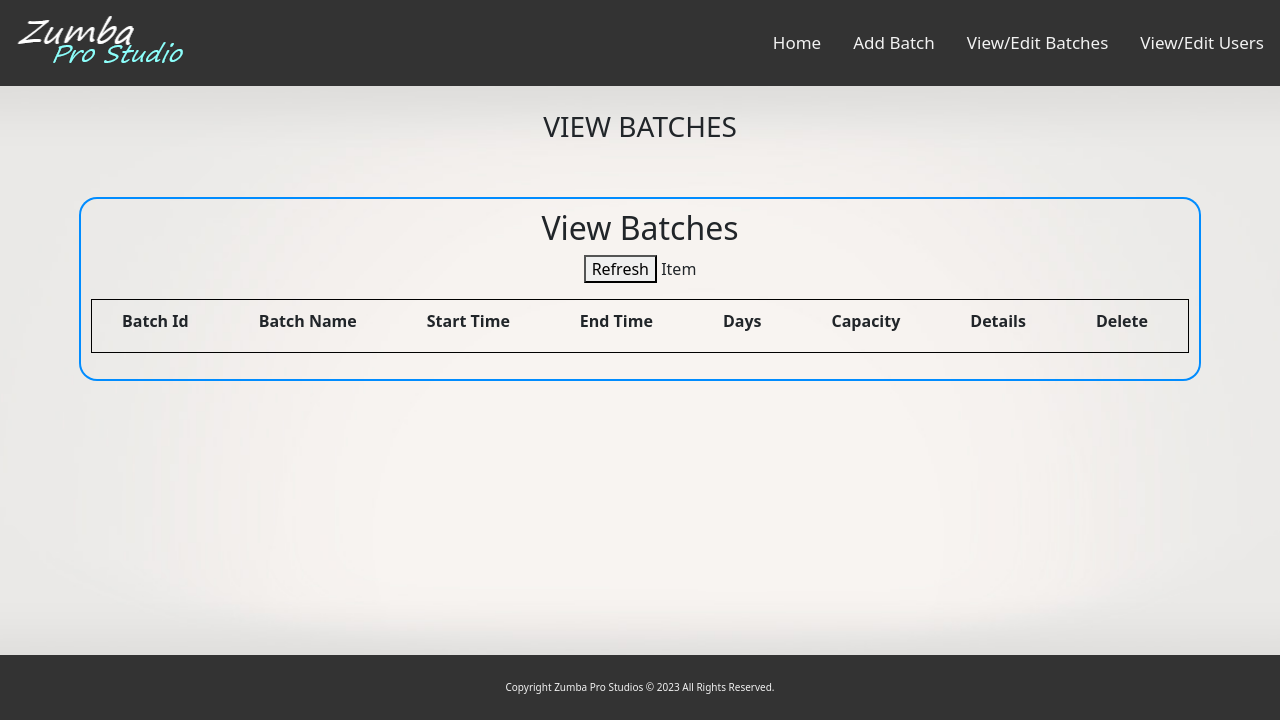
Repository: basemsamuel/Zumba
Page: http://localhost/ZumbaProStudio/admin.jsp
These files come from the project's save history. The page is drawn as it stood at one moment and after the next save; the edit follows.
The browser window is 1280 px wide. The pictures show the whole page.
The page is served by Tomcat 10.

Above is the page before, as saved 2023-07-31 15:06:25.

After the next save:
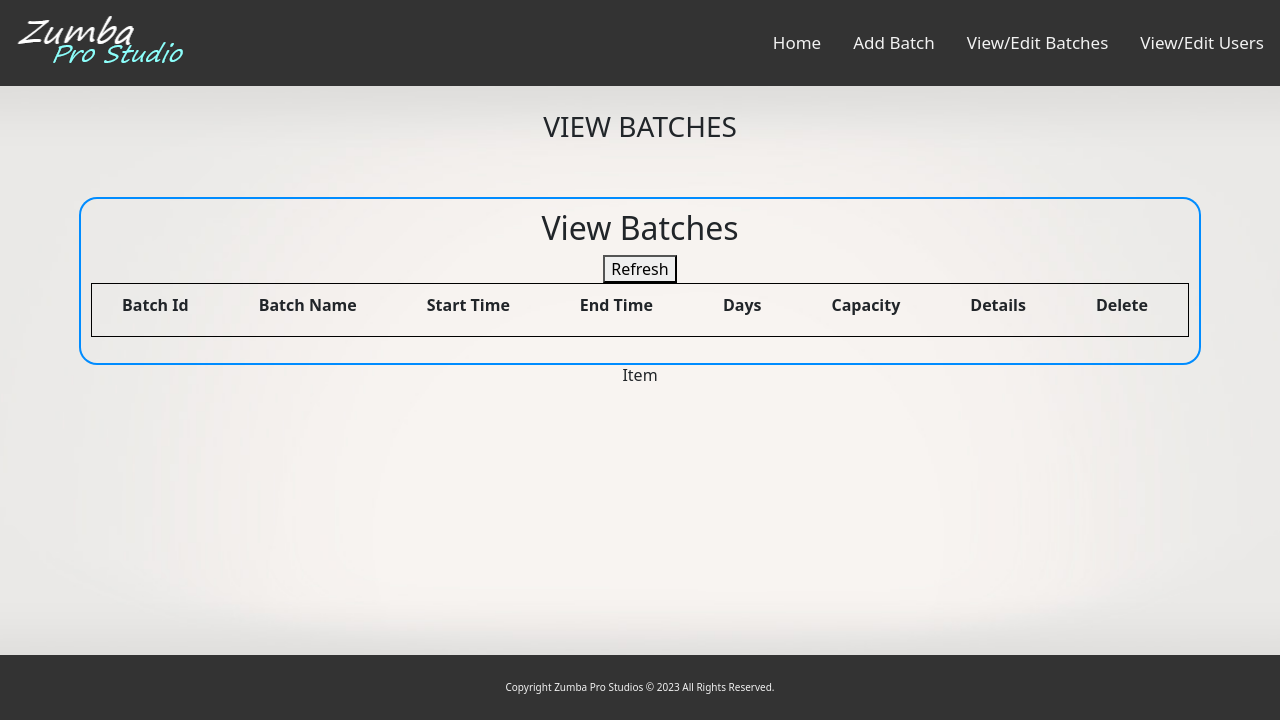
Saved 41 s later.
--- a/ZumbaProStudio/src/main/webapp/admin.jsp
+++ b/ZumbaProStudio/src/main/webapp/admin.jsp
@@ -25,9 +25,6 @@
 							    	<th>Details</th>
 							    	<th>Delete</th>
 						    	</tr>
-								<c:forEach var = "i" begin = "1" end = "5">
-						        	Item <c:out value = "${i}"/><p>
-						      	</c:forEach>
 						    </table>
 						</form>
 					</div>
@@ -35,6 +32,9 @@
 				</td>
 			</tr>
 		</table>
+								<c:forEach var = "i" begin = "1" end = "5">
+						        	Item <c:out value = "${i}"/><p>
+						      	</c:forEach>
 		<br>
 		<div class="emsg">
 			<p>
